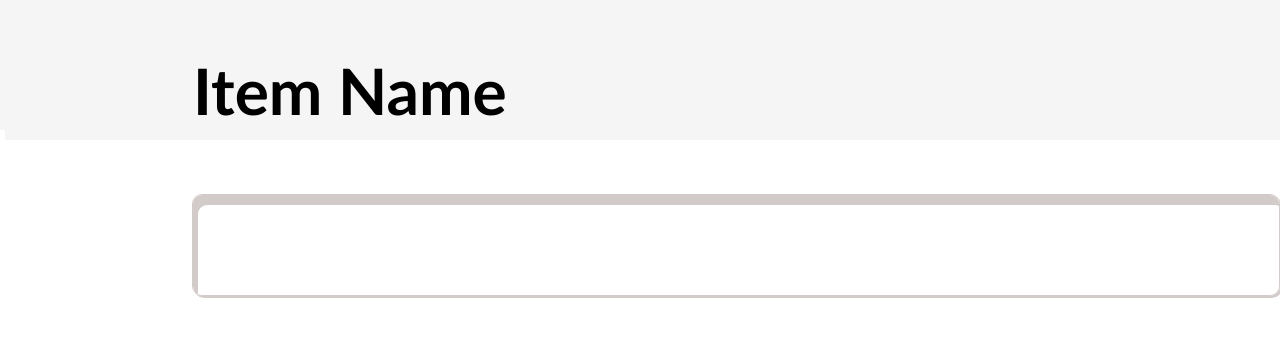
Repository: jatannoury/Ecommerce-Laravel-Electron
Page: users-frontend/html/items.html
These files come from the project's save history. The page is drawn as it stood at one moment and after a run of saves; the edit follows.
The browser window is 1280 px wide. The pictures show the whole page.
The page's requests for data from a server got no answer. Some web libraries are served in a nearby version.

Above is the page before, as saved 2022-06-29 01:12:35.
Console error: SyntaxError: Unexpected token '}'

### users-frontend/html/items.html
<!DOCTYPE html>
<html lang="en-us">
  <head>
    <link rel="stylesheet" href="../styles.css" />
    <meta charset="UTF-8" />
    <meta name="viewport" content="width=device-width, initial-scale=1" />
    <title>Categories</title>
    <script
      src="https://kit.fontawesome.com/c11bd0f8de.js"
      crossorigin="anonymous"
    ></script>
  </head>

  <body class="body_c">
    <div class="container" id="title">
      <h1>Item Name</h1>
    </div>

    <div class="boxx_c" id="box_c"></div>
    <script src="https://cdn.jsdelivr.net/npm/axios/dist/axios.min.js"></script>
    <script src="../js/load_likes.js"></script>
    <script src="../js/load_items.js"></script>
    <script src="../js/add_like.js"></script>
  </body>
</html>

### users-frontend/styles.css
* {
  padding: 0;
  margin: 0;
}
.signup_img {
  background-image: url("assets/Capture.jpg");
  background-size: 100%;
  background-repeat: no-repeat;
  background-position-y: 50%;
  background-position-x: 50%;
}
.signup_imgg {
  background-image: url("assets/Capture.jpg");
  background-size: 100%;
  background-repeat: no-repeat;
  background-position-y: 40%;
  background-position-x: 50%;
}

form {
  margin-left: 15%;
  position: relative;
  top: 250px;
  border-radius: 20px;
  border: 1px solid yellow;
  width: 30%;
  text-align: center;
  background-color: white;
}
form:hover {
  box-shadow: 5px 10px #806c09;
}
.one {
  padding-top: 5%;
}

.input {
  padding-top: 5%;
  padding-bottom: 5%;
  border-radius: 10px;
  margin-top: 5%;
  padding-right: 43%;
  padding-left: 2%;
  border-color: #fcdd41;
  font-size: 110%;
}

.submit {
  text-align: center;
  padding-left: 16.5%;
  padding-right: 16.5%;
  margin-bottom: 5%;
  background-color: #fcdd41;
  font-size: 140%;
  font-weight: 700;
}
.submit:hover {
  background-color: #806c09;
}

.form_title {
  color: #806c09;
  font-size: 200%;
  font-family: Arial;
  margin-top: 5%;
}

.container {
  background-color: #f5f5f5;
  border: 1px solid #f5f5f5;
  font-size: 200%;
  padding-top: 4%;
  font-family: "Gill Sans", "Gill Sans MT", Calibri, "Trebuchet MS", sans-serif;
  padding-left: 15%;
  box-shadow: 5px 10px #f5f5f5;
}

h6 {
  padding-left: 0.5%;
  padding-top: 2%;
  color: #d76839;
}

.boxx_c {
  border: 1px solid #d2cbc9;
  margin-left: 15%;
  max-width: 1500px;
  min-height: 100px;
  margin-top: 5%;
  margin-bottom: 5%;
  box-shadow: 5px 10px #d2cbc9 inset, 2px 2px #d2cbc9;
  border-radius: 10px;
  display: flex;
  /* justify-content: space-around; */
  flex-wrap: wrap;
}
.box_c {
  border: 1px solid #d2cbc9;
  margin-left: 15%;
  max-width: 1500px;
  min-height: 100px;
  margin-top: 5%;
  margin-bottom: 5%;
  box-shadow: 5px 10px #d2cbc9 inset, 2px 2px #d2cbc9;
  border-radius: 10px;
}

.box-1 img,
.box-2 img {
  min-height: 190px;
  max-height: 200px;
  min-width: 190px;
  max-width: 200px;
  object-fit: contain;
}

.box-1 a h4 {
  text-align: center;
  margin-bottom: 5%;
  margin-top: 2%;
  font-family: Arial;
}

.box-1 a h4:hover {
  color: #888887;
  text-decoration: underline;
}

.box-1 a {
  text-decoration: none;
  color: #d2cbc9;
}
#box {
  margin-left: 9%;
}

.row {
  margin-bottom: 2%;
  margin-top: 2%;
  display: flex;
  justify-content: space-around;
}

.box-2 {
  border: 1px solid #888887;
  box-shadow: 5px 5px #d2cbc9;
  border-radius: 10px;
  margin-bottom: 5%;
  margin-top: 10%;
}

.informations {
  font-size: 150%;
  background-color: #e0d8b0;
  border-radius: 10px;
  display: flex;
  justify-content: space-around;
}

.informations:hover {
  color: red;
}

.informations h6,
.informations h3 {
  padding-bottom: 2%;
  color: grey;
}

.star {
  padding-top: 50%;
  color: #808080;
}

.boxx-1,
.boxx-2,
.boxx-3,
#foo {
  border: 1px solid #808080;
  padding-top: 5%;
  padding-bottom: 5%;
  border-radius: 20px;
  box-shadow: 5px 10px #806c09;
  min-width: 200px;
  text-align: center;
}
.boxx-1:hover,
.boxx-2:hover,
.boxx-3:hover,
#foo:hover {
  background-color: #808080;
}
.flex {
  display: flex;
  justify-content: space-between;

}
.flex>a{
    text-decoration: none;

}

### users-frontend/js/load_likes.js
let headers = {};
headers["Authorization"] = "Bearer " + localStorage.getItem("token");
axios({
  method: "POST",
  url: "http://127.0.0.1:8000/api/v1/user/profile",
  headers: headers,
}).then(function (json) {
  axios({
    method: "POST",
    url: `http://127.0.0.1:8000/api/v1/user/get_likes?user_id=${json.data["id"]}&cat_id=${localStorage.getItem("category_id")}`,
    headers: headers,
  }).then(function (json) {
    console.log(json.data.likes);
    localStorage.setItem("likes", JSON.stringify(json.data.likes));
  });
});

### users-frontend/js/load_items.js
let items = JSON.parse(localStorage.getItem("items"));
console.log(items);
let main = document.getElementById("box_c");
console.log(items);
document.getElementById("title").innerHTML = localStorage.getItem("cat_name");
document.getElementById("title").style["font-size"] = "500%";
document.getElementById("title").style["font-weight"] = "700";
let likes = JSON.parse(localStorage.getItem("likes"));
console.log(likes);
function searchForLike(likes, id) {
  for (let i = 0; i < likes.length; i++) {
    if (likes[i]["item_id"] == id) {
      return true;
    }
  }
  return false;
}
Object.keys(items).forEach((key) => {
  let state = searchForLike(likes, items[key]["id"]);
  console.log(state);
  const x = document.createElement("div");
  x.id = "box";
  if (state) {
    x.innerHTML = `

                <div class="box-2">
                    <img src="../assets/Groceries.jpg" />
                    <div class="informations">
                        <div>
                            <h3>${items[key]["name"]}</h3>
                            <h6>${items[key]["price"]}$</h6>
                        </div>
                        <div>
                            <i class="${} fa-star star" ></i>
                        </div>

                    </div>
                </div>

               `;
    }
  main.appendChild(x);
});

### users-frontend/js/add_like.js
function get_id(name) {
  let items = localStorage.getItem("items");
  items = JSON.parse(items);
  let id;
  Object.keys(items).forEach((key) => {
    if (items[key]["name"] == name) {
      id = items[key]["id"];
    }
  });
  console.log(id);
  return id;
}

let add_like = (e) => {
  let name = e.parentElement.parentElement.firstElementChild.firstElementChild;
  let item_id = get_id(name.innerText);
  console.log(item_id);
  e.parentElement.className = "fas fa-star star";
  e.parentElement.firstElementChild.remove();
  headers = {};
  headers["Authorization"] = "Bearer " + localStorage.getItem("token");
  axios({
    method: "POST",
    url: "http://127.0.0.1:8000/api/v1/user/profile",
    headers: headers,
  }).then(function (json) {
    const user_id = json.data["id"];
    data = new FormData();
    data.append("user_id", user_id);
    data.append("item_id", item_id);
    data.append("category_id", localStorage.getItem("category_id"));
    axios({
      method: "POST",
      url: "http://127.0.0.1:8000/api/v1/user/add_like",
      data: data,
      headers: headers,
    })
      .then(function (json) {
        console.log(json);
      })
      .catch(function (error) {
        console.log(error);
      });
  });
};

After the next 9 saves:
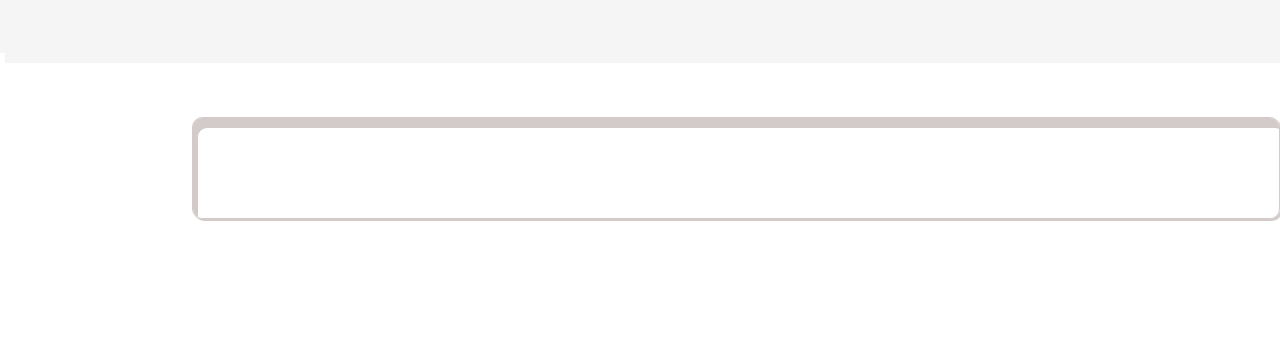
Console error: TypeError: Cannot convert undefined or null to object
The 9 saves are shown as one change because they came seconds apart.
The last was saved 21 s later.
--- a/users-frontend/js/load_items.js
+++ b/users-frontend/js/load_items.js
@@ -31,13 +31,15 @@
                             <h6>${items[key]["price"]}$</h6>
                         </div>
                         <div>
-                            <i class="${} fa-star star" ></i>
+                            <i class="${
+                              state ? "fas" : "far"
+                            } fa-star star" ></i>
                         </div>
 
                     </div>
                 </div>
 
                `;
-    }
+  }
   main.appendChild(x);
 });

After the save that followed:
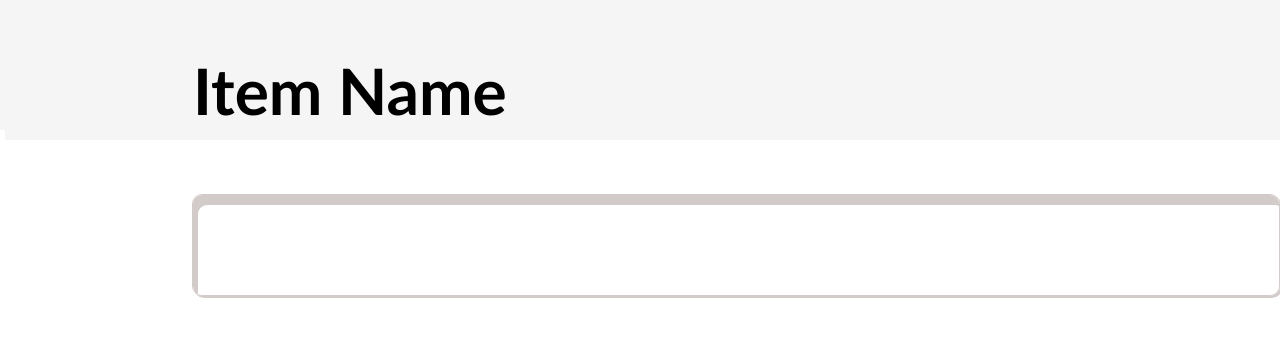
Console error: SyntaxError: Unexpected token ';'
Saved 2 min 39 s later.
--- a/users-frontend/js/load_items.js
+++ b/users-frontend/js/load_items.js
@@ -15,7 +15,7 @@
   }
   return false;
 }
-Object.keys(items).forEach((key) => {
+(Object.keys(items).forEach((key) => {
   let state = searchForLike(likes, items[key]["id"]);
   console.log(state);
   const x = document.createElement("div");
@@ -43,3 +43,4 @@
   }
   main.appendChild(x);
 });
+)
